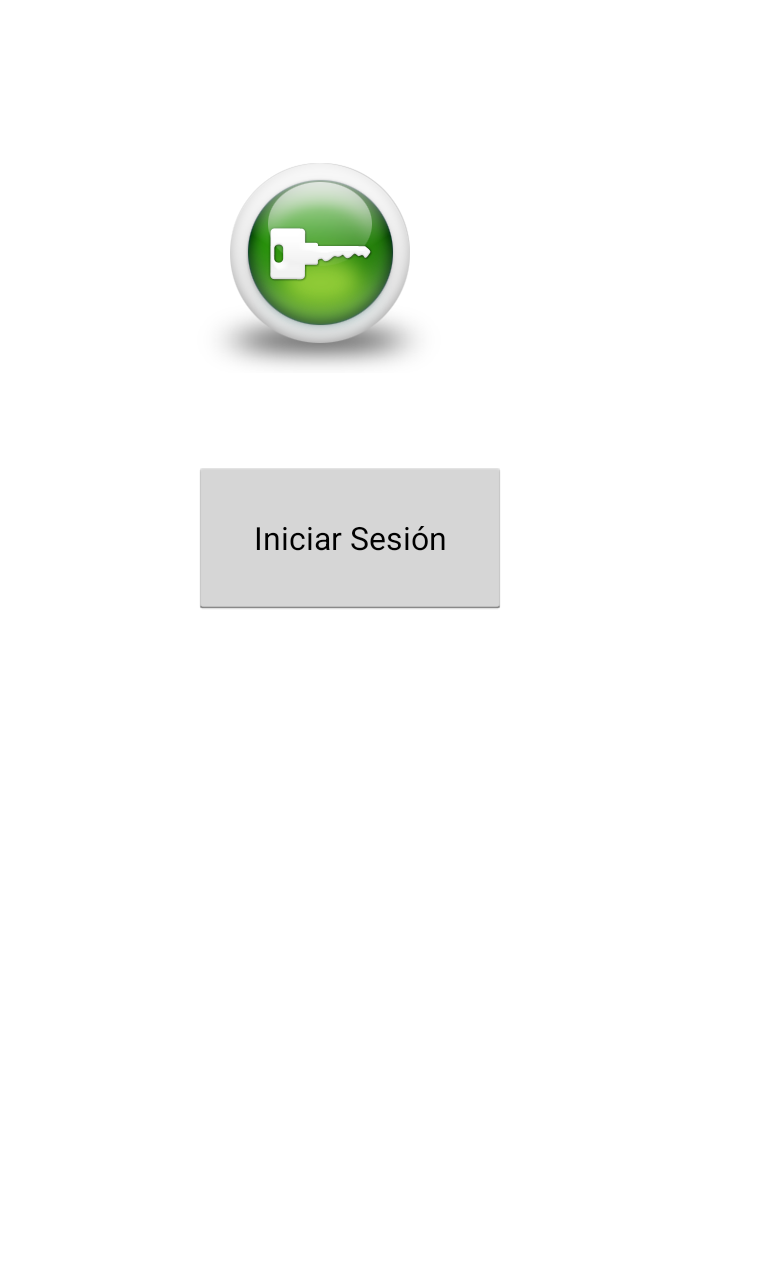
Repository: jlcd0004/sm_p11_practica1
Layout: Practica1/res/layout/fragmento2.xml
These files come from the project's save history. The layout is drawn as it stood at one moment and after the next save; the edit follows.
It is drawn on a 768 x 1280 px phone screen (xhdpi) without system bars, with theme AppTheme; the app's code is not run.

Above is the layout before, as saved 2015-10-21 16:20:36.

### Practica1/res/layout/fragmento2.xml
<?xml version="1.0" encoding="utf-8"?>
<RelativeLayout xmlns:android="http://schemas.android.com/apk/res/android"
    android:id="@+id/RelativeLayout1"
    android:layout_width="match_parent"
    android:layout_height="match_parent" >

    <ImageView
        android:id="@+id/imageView1"
        android:layout_width="wrap_content"
        android:layout_height="wrap_content"
        android:layout_alignParentLeft="true"
        android:layout_alignParentTop="true"
        android:layout_marginLeft="96dp"
        android:layout_marginTop="63dp"
        android:layout_x="64dp"
        android:layout_y="42dp"
        android:src="@drawable/icono" />

    <Button
        android:id="@+id/button1"
        style="@style/AppTheme"
        android:layout_width="158dp"
        android:layout_height="78dp"
        android:layout_alignLeft="@+id/imageView1"
        android:layout_below="@+id/imageView1"
        android:layout_marginTop="39dp"
        android:text="@string/sesion" />

</RelativeLayout>

### Practica1/res/values/strings.xml
<?xml version="1.0" encoding="utf-8"?>
<resources>

    <string name="app_name">Practica1</string>
    <string name="hello_world">Hello world!</string>
    <string name="action_settings">Settings</string>
<string name="presentacion">José Luis Cabeza Díaz</string>
     <string name="presentacion2">Servicios Móviles, Práctica 1</string>
     <string name="sesion">Iniciar Sesión</string>

</resources>

Loaded but not shown: Practica1/res/values/styles.xml (common file); Practica1/res/values-v11/styles.xml (common file); Practica1/res/values-v14/styles.xml (common file)

After the next save:
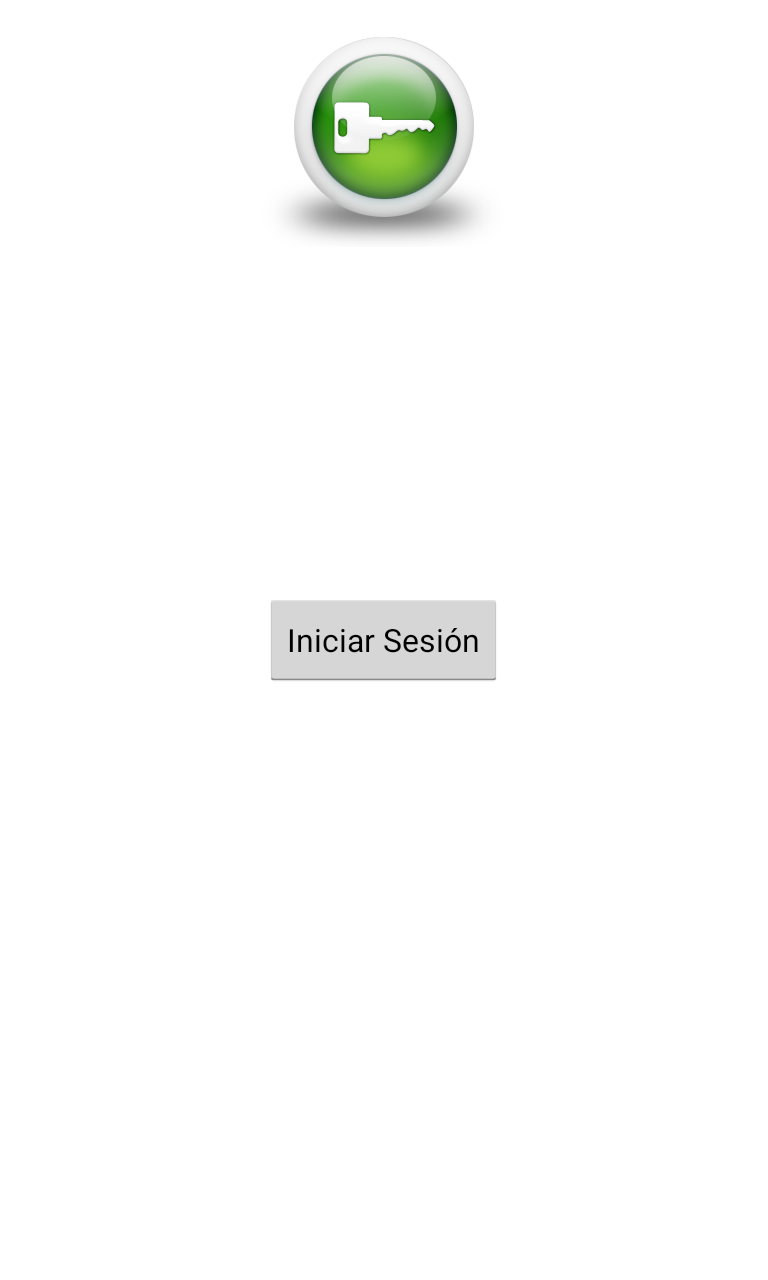
Saved 2 h 53 min later.
--- a/Practica1/res/layout/fragmento2.xml
+++ b/Practica1/res/layout/fragmento2.xml
@@ -9,21 +9,16 @@
         android:layout_width="wrap_content"
         android:layout_height="wrap_content"
         android:layout_alignParentLeft="true"
-        android:layout_alignParentTop="true"
-        android:layout_marginLeft="96dp"
-        android:layout_marginTop="63dp"
-        android:layout_x="64dp"
-        android:layout_y="42dp"
+        android:layout_alignParentRight="true"
         android:src="@drawable/icono" />
 
     <Button
         android:id="@+id/button1"
         style="@style/AppTheme"
-        android:layout_width="158dp"
-        android:layout_height="78dp"
-        android:layout_alignLeft="@+id/imageView1"
-        android:layout_below="@+id/imageView1"
-        android:layout_marginTop="39dp"
+        android:layout_width="wrap_content"
+        android:layout_height="wrap_content"
+        android:layout_centerHorizontal="true"
+        android:layout_centerVertical="true"
         android:text="@string/sesion" />
 
 </RelativeLayout>
